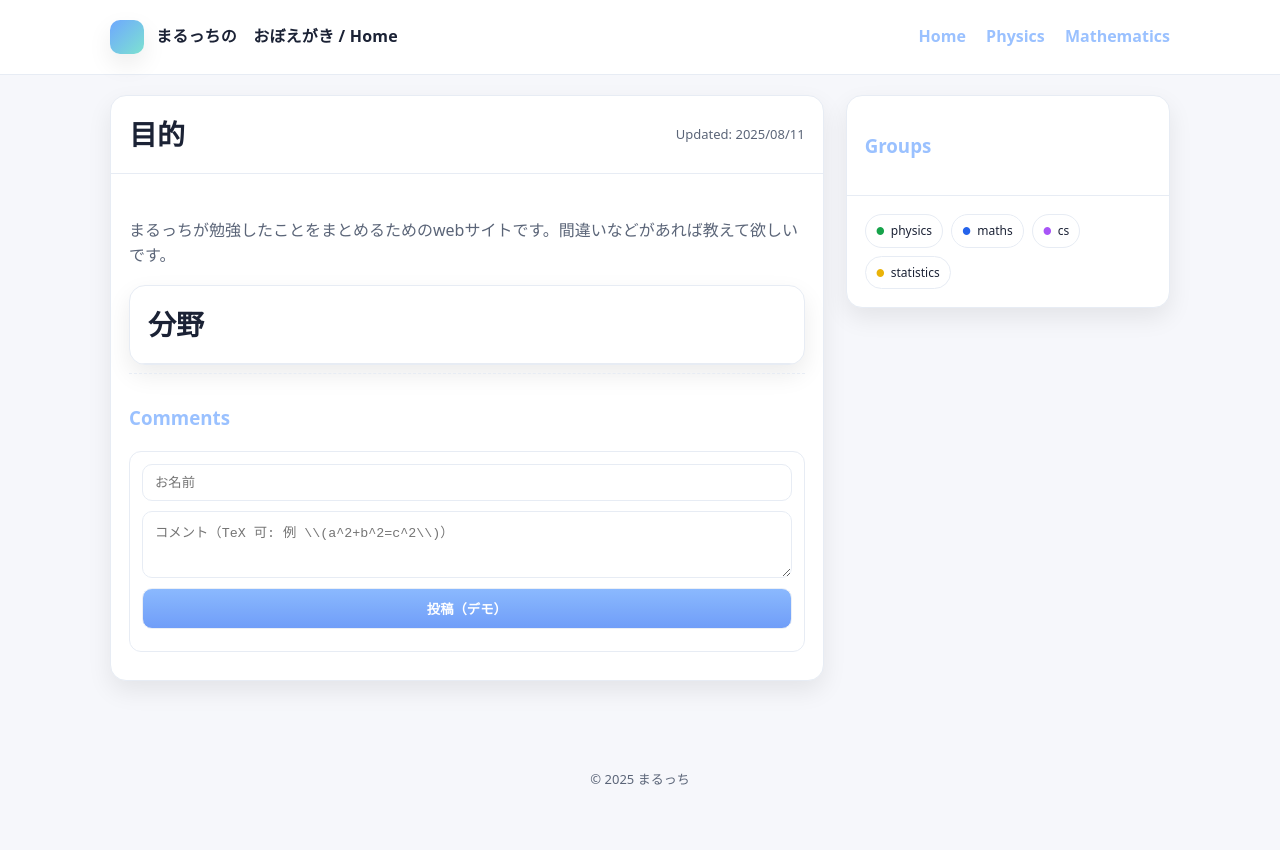
Repository: Riki-Mochimaru/tureduretunedune
Page: index.html
The author's editor kept a copy of each file at every save. The page is drawn from the files as they stood at one save, then again after the next save.
The browser window is 1280 px wide. The pictures show the whole page.

Above is the page before, as saved 2025-08-11 23:22:48.

### index.html
<!DOCTYPE html>
<html lang="ja">
<head>
  <meta charset="utf-8" />
  <meta name="viewport" content="width=device-width, initial-scale=1" />
  <title>まるっちの おぼえがき— Home</title>
  <link rel="stylesheet" href="assets/styles.css">
</head>
<body>
  <header class="site">
    <div class="shell row">
      <div class="brand"><div class="brand-badge"></div><div>まるっちの　おぼえがき / Home</div></div>
      <nav>
        <a href="./">Home</a>
        <a href="physics/">Physics</a>
        <a href="maths/">Mathematics</a>
      </nav>
    </div>
  </header>

  <main class="shell">
    <section class="grid" aria-label="Articles and sidebar">
      <div>
        <article class="card post">
          <div class="hd">
            <h2>目的</h2>
            <div class="meta"><span>Updated: <time data-auto-updated datetime="">—</time></span></div>
          </div>
          <div class="bd">
            <p class="lead">まるっちが勉強したことをまとめるためのwebサイトです。間違いなどがあれば教えて欲しいです。</p>
            <div class="tags">
              <!-- <span class="tag" data-g="math"></span>
              <span class="tag" data-g="cs">#cs</span> -->
            </div>

            <!-- <h3>数式の例</h3>
            <div class="math">\\[ E = mc^2 \\]</div> -->
            <article class="card post">
              <div class="hd">
                <h2>分野</h2>
                <a
              </div>
            </article>

            <section class="comments">
              <h3>Comments</h3>
              <form class="form" action="#" method="post">
                <input class="input" name="who" placeholder="お名前" required>
                <textarea class="textarea" name="body" rows="3" placeholder="コメント（TeX 可: 例 \\(a^2+b^2=c^2\\)）" required></textarea>
                <button class="btn" type="button" aria-disabled="true">投稿（デモ）</button>
                <div class="hint"></div>
              </form>
            </section>
          </div>
        </article>
      </div>

      <aside class="aside">
        <section class="card">
          <div class="hd"><h3>Groups</h3></div>
          <div class="bd">
            <div class="tags">
              <span class="tag" data-g="phys">physics</span>
              <span class="tag" data-g="math">maths</span>
              <span class="tag" data-g="cs">cs</span>
              <span class="tag" data-g="stats">statistics</span>
            </div>
          </div>
        </section>
      </aside>
    </section>
  </main>

  <footer class="site"><div class="shell">© 2025 まるっち</div></footer>

  <!-- 数式レンダリング（必要なら有効化） -->
  <script>
    window.MathJax = {
      tex: { inlineMath: [['$','$'], ['\\(','\\)']], displayMath: [['$$','$$'], ['\\[','\\]']] },
      options: { renderActions: { addMenu: [] } }
    };
  </script>
  <script src="https://cdn.jsdelivr.net/npm/mathjax@3/es5/tex-mml-chtml.js" async></script>
  <script>
    // Client-side: auto-fill "Updated" date from document.lastModified
    document.querySelectorAll('time[data-auto-updated]').forEach(t => {
      const d = new Date(document.lastModified);
      // ISO (yyyy-mm-dd)
      const iso = new Date(d.getTime() - d.getTimezoneOffset()*60000)
                    .toISOString().slice(0,10);
      t.setAttribute('datetime', iso);
      // Human-readable in Japanese (Asia/Tokyo)
      t.textContent = d.toLocaleDateString('ja-JP', {
        timeZone: 'Asia/Tokyo', year: 'numeric', month: '2-digit', day: '2-digit'
      });
    });
    </script>
</body>
</html>

### assets/styles.css
/* styles.css — Science Notes
   House style: British English prose; American English in code comments.
*/

/* =========================
   Design tokens
   ========================= */
   :root {
    --bg: #0b0c10;
    --surface: #0f1117;
    --card: #121520;
    --text: #e8ecf8;
    --subtle: #9aa3b2;
    --border: #1e2636;
    --brand: #6ea8fe;
    --accent: #7de2d1;
    --warn: #ffd166;
    --danger: #ff6b6b;
    --radius: 16px;
    --shadow: 0 10px 24px rgba(0,0,0,.35), 0 1px 0 rgba(255,255,255,.04) inset;
    --font-sans: ui-sans-serif, system-ui, -apple-system, Segoe UI, Roboto, Noto Sans JP, "Helvetica Neue", Arial;
    --font-mono: ui-monospace, SFMono-Regular, Menlo, Monaco, Consolas, "Liberation Mono", monospace;
  }
  @media (prefers-color-scheme: light) {
    :root {
      --bg: #f6f7fb; --surface: #ffffff; --card: #ffffff; --text: #1b2235; --subtle: #5b6578; --border: #e7ecf4;
      --shadow: 0 10px 24px rgba(0,0,0,.08);
    }
  }

  /* Base */
  *, *::before, *::after { box-sizing: border-box; }
  html, body { height: 100%; }
  body { margin: 0; font-family: var(--font-sans); background: var(--bg); color: var(--text); line-height: 1.6; }
  /* Accessible link look */
  a { color: #9ac1ff; text-decoration: none; }
  a:hover { text-decoration: underline; }

  /* Header */
  header.site { position: sticky; top: 0; z-index: 10; background: color-mix(in oklab, var(--surface) 92%, transparent); border-bottom: 1px solid var(--border); backdrop-filter: blur(6px); }
  .shell { max-width: 1100px; margin: 0 auto; padding: 20px; }
  .row { display: grid; grid-template-columns: 1fr auto; align-items: center; gap: 16px; }
  .brand { display: flex; align-items: center; gap: 12px; font-weight: 800; letter-spacing: .2px; }
  .brand-badge { width: 34px; height: 34px; border-radius: 10px; background: linear-gradient(135deg, var(--brand), var(--accent)); box-shadow: var(--shadow); }
  nav a { margin-left: 16px; font-weight: 600; }

  /* Layout */
  main { padding-top: 10px; }
  .grid { display: grid; grid-template-columns: 2.2fr 1fr; gap: 22px; align-items: start; }
  @media (max-width: 980px) { .grid { grid-template-columns: 1fr; } }

  /* Cards */
  .card { background: var(--card); border: 1px solid var(--border); border-radius: var(--radius); box-shadow: var(--shadow); overflow: clip; }
  .card .hd { padding: 16px 18px; border-bottom: 1px solid var(--border); display:flex; align-items:center; justify-content: space-between; }
  .card .bd { padding: 18px; }

  /* Tag/Group chips */
  .tags { display:flex; flex-wrap: wrap; gap: 8px; }
  .tag { --c: #334155; color: var(--text); font-size: 12px; padding: 6px 10px; border: 1px solid var(--border); border-radius: 999px; background: color-mix(in oklab, var(--card) 88%, transparent); }
  .tag[data-g="math"]   { --c: #2563eb; }
  .tag[data-g="phys"]   { --c: #16a34a; }
  .tag[data-g="cs"]     { --c: #a855f7; }
  .tag[data-g="stats"]  { --c: #eab308; }
  .tag[data-g="ethics"] { --c: #ef4444; }
  .tag::before { content: "●"; font-size: 10px; margin-right: 6px; color: var(--c); }

  /* Article */
  article.post { display: grid; gap: 10px; }
  article.post h2 { margin: 0; font-size: clamp(20px, 2.6vw, 28px); }
  .meta { color: var(--subtle); font-size: 13px; display:flex; gap: 12px; flex-wrap: wrap; }
  .lead { color: var(--subtle); }

  /* Math blocks (TeX text before JS render) */
  .math { font-family: var(--font-mono); background: color-mix(in oklab, var(--card) 90%, transparent); border: 1px dashed var(--border); border-radius: 10px; padding: 10px 12px; overflow:auto; }
  .eqno { float: right; color: var(--subtle); margin-left: 8px; }

  /* Comment UI (static) */
  .comments { margin-top: 8px; border-top: 1px dashed var(--border); padding-top: 10px; }
  .comment { display: grid; grid-template-columns: 40px 1fr; gap: 10px; padding: 12px 0; }
  .comment + .comment { border-top: 1px dashed var(--border); }
  .avatar { width: 40px; height: 40px; border-radius: 50%; background: linear-gradient(135deg, var(--brand), var(--accent)); display:grid; place-items:center; font-weight: 800; color: #0008; }
  .who { font-weight: 700; }
  .when { color: var(--subtle); font-size: 12px; }

  /* Simple form look (non-functional without JS/backend) */
  .form { display: grid; gap: 10px; background: color-mix(in oklab, var(--card) 90%, transparent); border: 1px solid var(--border); border-radius: 12px; padding: 12px; }
  .input, .textarea { width: 100%; padding: 10px 12px; border-radius: 10px; border: 1px solid var(--border); background: var(--surface); color: var(--text); outline: none; }
  .input:focus, .textarea:focus { box-shadow: 0 0 0 6px #2a5fff33; }
  .btn { display: inline-flex; align-items: center; justify-content: center; gap: 8px; padding: 10px 14px; font-weight: 700; border-radius: 10px; border: 1px solid var(--border); background: linear-gradient(180deg, var(--brand), #4d86f7); color: #fff; cursor: not-allowed; opacity: .8; }
  .hint { font-size: 12px; color: var(--subtle); }

  /* Aside */
  .aside .card + .card { margin-top: 18px; }
  .list { display: grid; gap: 10px; }

  /* Footer */
  footer.site { margin-top: 28px; color: var(--subtle); font-size: 13px; text-align: center; padding: 20px 0 40px; }

  /* Print */
  @media print {
    header.site, footer.site { display:none; }
    .card { box-shadow: none; border-color: #ccc; }
    a { color: #000; text-decoration: none; }
  }

After the next save:
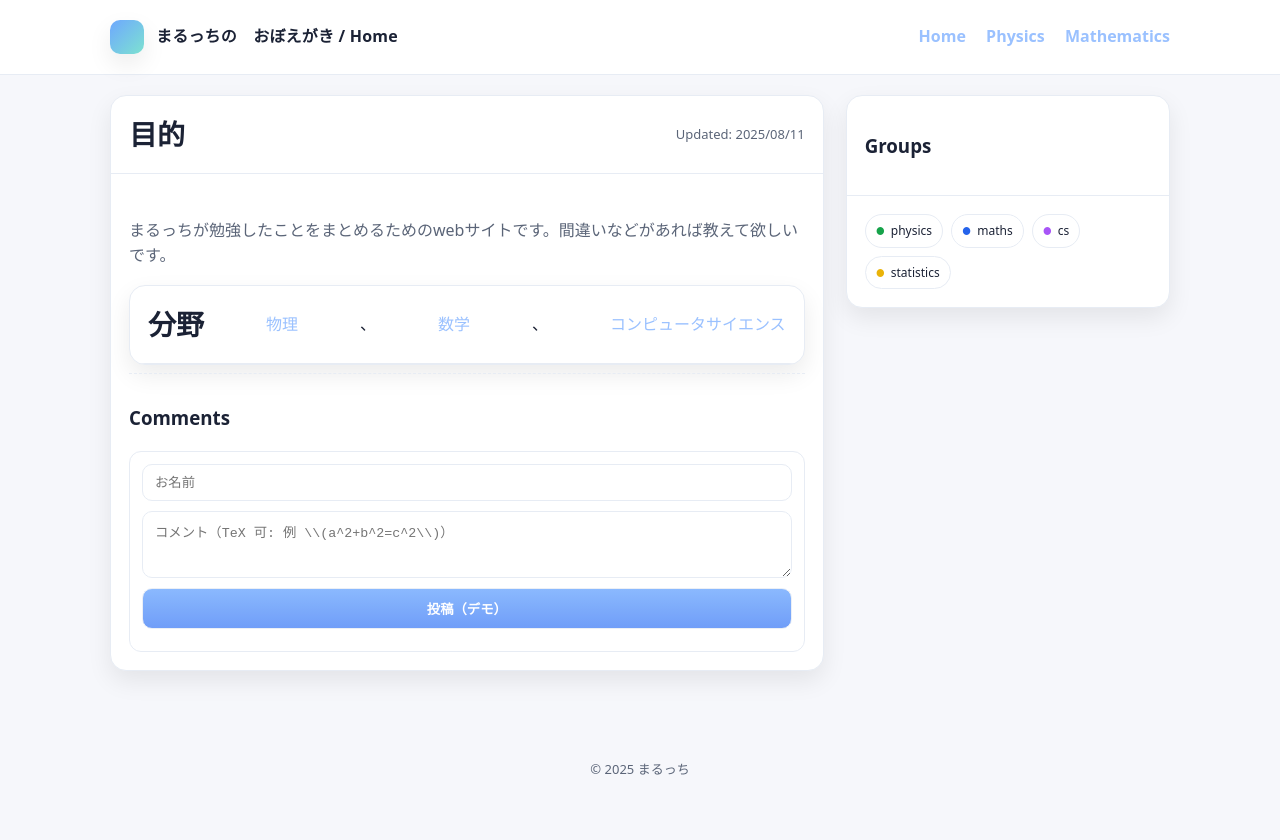
Saved 5 s later.
--- a/index.html
+++ b/index.html
@@ -38,7 +38,7 @@
             <article class="card post">
               <div class="hd">
                 <h2>分野</h2>
-                <a
+                <a href="physics/">物理</a>、<a href="maths/">数学</a>、<a href="cs/">コンピュータサイエンス</a>
               </div>
             </article>
 
